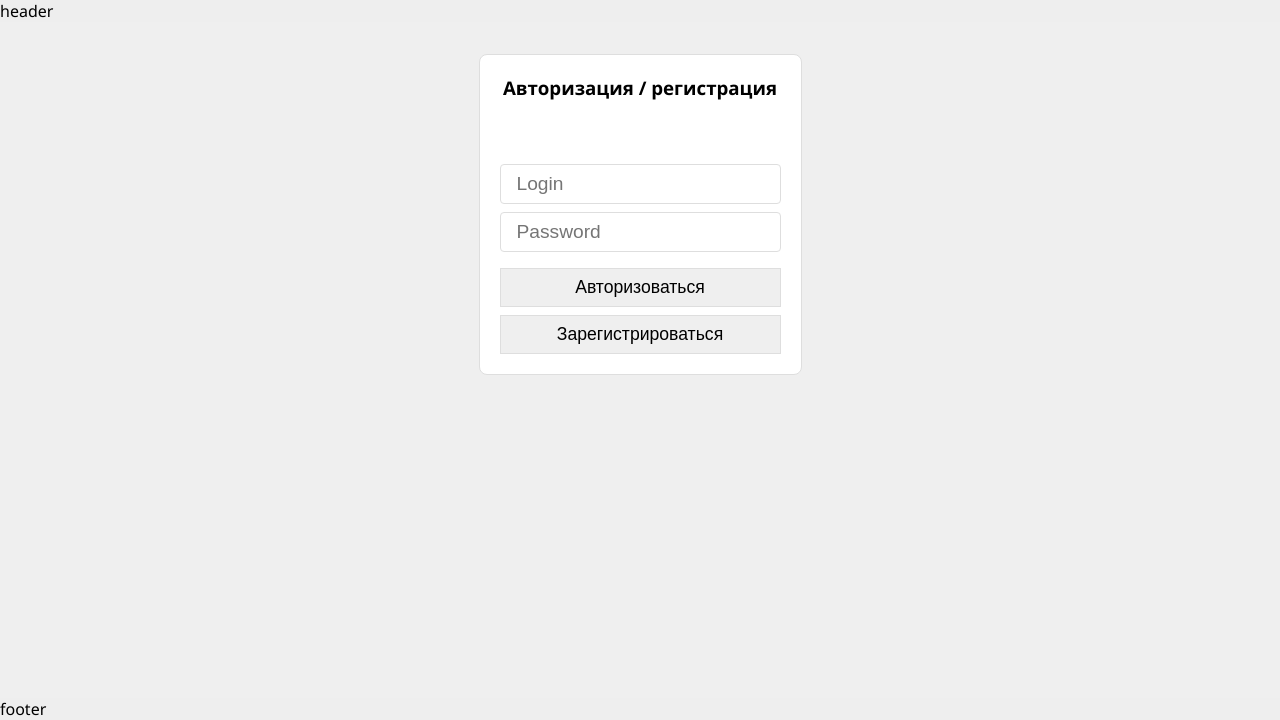
Repository: slep0y/fakeAuth
Page: index.html
The author's editor kept a copy of each file at every save. The page is drawn from the files as they stood at one save, then again after the next save.
The browser window is 1280 px wide. The pictures show the whole page.
The style sheet was rebuilt from its Sass, Less or Tailwind sources for each picture, by a compiler version that may differ from the author's.

Above is the page before, as saved 2025-01-19 18:18:47.

### index.html
<!DOCTYPE html>
<html lang="ru">
<head>
    <meta charset="UTF-8">
    <meta name="viewport" content="width=device-width, initial-scale=1.0">
    <!-- <link rel="stylesheet" href="./styles/special-style.css"> -->
    <link rel="stylesheet" href="/styles/style.css">
    <title>Document</title>
</head>
<body class="page">
    <header class="header">header</header>
    <main class="main">
        <section class="auth-section hidden">
            <div class="container">
                <div class="auth-section__inner">
                    <form action="*" class="form" id="authForm">
                        <h3 class="form__title">Авторизация / регистрация</h3>
                        <p class="form__message"></p>
                        <div class="fieldgroup">
                            <input id="loginName" name="loginName" type="text" class="input" placeholder="Login">
                            <input id="loginPass" name="loginPass" type="password" class="input" placeholder="Password">
                        </div>
                        <div class="controls">
                            <button id="authButton" class="button">Авторизоваться</button>
                            <button id="regButton" class="button">Зарегистрироваться</button>
                        </div>
                    </form>
                </div>
            </div>
        </section>
        <section class="content hidden">
            <div class="container">
                <div class="content__inner">
                    <button id="exitButton" class="button">Выйти из профиля</button>
                    <h1>Приветствую</h1>
                </div>
            </div>
        </section>
    </main>
    <footer class="footer">footer</footer>

    <script src="./js/script.js"></script>
</body>
</html>

### js/script.js
let form = document.querySelector('#authForm'),
    authSection = document.querySelector('.auth-section'),
    content = document.querySelector('.content'),
    authButton = form.querySelector('#authButton'),
    regButton = form.querySelector('#regButton'),
    exitButton = document.querySelector('#exitButton'),
    loginName = form.querySelector('#loginName'),
    loginPass = form.querySelector('#loginPass');

function checkAuthData(){
    if(localStorage.getItem('authorize') && localStorage.getItem('userAuth')){
        let authName = localStorage.getItem('authorize'),
            usersBase = JSON.parse(localStorage.getItem('userAuth'));
        if(usersBase[authName]){
            content.classList.remove('hidden');
            authSection.classList.add('hidden');
            showMessage('Вы авторизованы как: ' + authName);
            cleanFields();
        }else{
            authSection.classList.remove('hidden');
            showMessage('Вы не авторизованы! Авторизуйтесь!');
        }
    }else{
        authSection.classList.remove('hidden');
        showMessage('Вы не авторизованы! Авторизуйтесь!');
    }
    cleanFields();
}

function authorize(e){
    e.preventDefault();
    let name = loginName.value,
        pass = loginPass.value;
    if(localStorage.getItem('userAuth')){
        let usersBase = JSON.parse(localStorage.getItem('userAuth'));
        if(usersBase[name] && pass == usersBase[name]['pass']){
            localStorage.setItem('authorize', name);
            checkAuthData();
        }else{
            showMessage('Неверные: Имя и Пароль');
        }
    }else{
        showMessage('Неверные: Имя и Пароль');
    }
}

function logout(e){
    e.preventDefault();
    localStorage.removeItem('authorize');
    showMessage('Вы вышли из профиля. Автризуйтесь!');
    content.classList.add('hidden');
    authSection.classList.remove('hidden');
}

function register(e){
    e.preventDefault();
    let name = loginName.value,
        pass = loginPass.value;
    if(name != '' && pass != ''){
        if(localStorage.getItem('userAuth')){
            let inBaseUserAuth = JSON.parse(localStorage.getItem('userAuth')),
                newUser = {
                    name: name,
                    pass: pass
                };
            inBaseUserAuth[name] = newUser;
            localStorage.setItem('userAuth', JSON.stringify(inBaseUserAuth));
            showMessage('Вы зарегистрированы! Авторизуйтесь!');
            cleanFields();
        }else{
            let newBaseUserAuth = {
                [name] : {
                    name: name,
                    pass: pass
                }
            };
            localStorage.setItem('userAuth', JSON.stringify(newBaseUserAuth));
            showMessage('Вы зарегистрированы! Авторизуйтесь!');
            cleanFields();
        }
    }
}

function showMessage(text){
    console.log(text);
}
function cleanFields(){
    loginName.value = '';
    loginPass.value = '';
}

checkAuthData();
authButton.onclick = authorize;
regButton.onclick = register;
exitButton.onclick = logout;

### styles/style.scss
@import "_base.scss";
@import "blocks/page/_page.scss";
@import "blocks/container/_container.scss";
@import "blocks/main/_main.scss";
@import "blocks/header/_header.scss";
@import "blocks/footer/_footer.scss";
@import "blocks/auth-section/_auth-section.scss";
@import "blocks/content/_content.scss";
@import "blocks/form/_form.scss";
@import "blocks/fieldgroup/_fieldgroup.scss";
@import "blocks/controls/_controls.scss";
@import "blocks/input/_input.scss";
@import "blocks/button/_button.scss";

### styles/_base.scss
:root{
    --segoe:'Segoe UI', Tahoma, Geneva, Verdana, sans-serif;
    --grey_lite: #dedede;
    --lite: #efefef;
}
body, html {
    margin: 0;
    padding: 0;
    height: 100%;
    font-family: var(--segoe);
}
*, *::after, *::before {
    box-sizing: border-box;
}
section{
    padding-block: 2rem;
}

### styles/blocks/page/_page.scss
.page{
    display: grid;
    grid-auto-rows: min-content auto min-content;
    background-color: var(--lite);
}

### styles/blocks/container/_container.scss
.container {
    width: 100%;
    margin-inline: auto;
    max-width: 1140px;
    padding-inline: 20px;
}

### styles/blocks/main/_main.scss
.main{

}

### styles/blocks/header/_header.scss
.header{
    background-color: #eee;
}

### styles/blocks/footer/_footer.scss
.footer{
    background-color: #eee;
}

### styles/blocks/auth-section/_auth-section.scss
.auth-section{
    display: block;
    &__inner{
        display: grid;
        justify-content: center;
    }
    &.hidden{
        display: none;
    }
}

### styles/blocks/content/_content.scss
.content{
    &.hidden{
        display: none;
    }
}

### styles/blocks/form/_form.scss
.form{
    max-width: 640px;
    width: 100%;
    display: grid;
    gap: 16px;
    border: 1px solid var(--grey_lite);
    padding: 20px;
    border-radius: 8px;
    background-color: #fff;
    grid-auto-rows: min-content;
    &.hidden{
        display: none;
    }
    &__title{
        margin: unset;
        white-space: nowrap;
        text-align: center;
    }
}

### styles/blocks/fieldgroup/_fieldgroup.scss
.fieldgroup{
    display: grid;
    gap: 8px;
}

### styles/blocks/controls/_controls.scss
.controls{
    display: grid;
    gap: 8px;
}

### styles/blocks/input/_input.scss
.input{
    border: 1px solid var(--grey_lite);
    border-radius: 4px;
    padding: 8px 16px;
    background-color: #fff;
    width: 100%;
    font-size: 1.2rem;
}

### styles/blocks/button/_button.scss
.button{
    display: flex;
    justify-content: center;
    align-items: center;
    font-size: 1.1rem;
    width: 100%;
    padding: 8px;
    border: 1px solid var(--grey_lite);
    background-color: var(--lite);
}

After the next save:
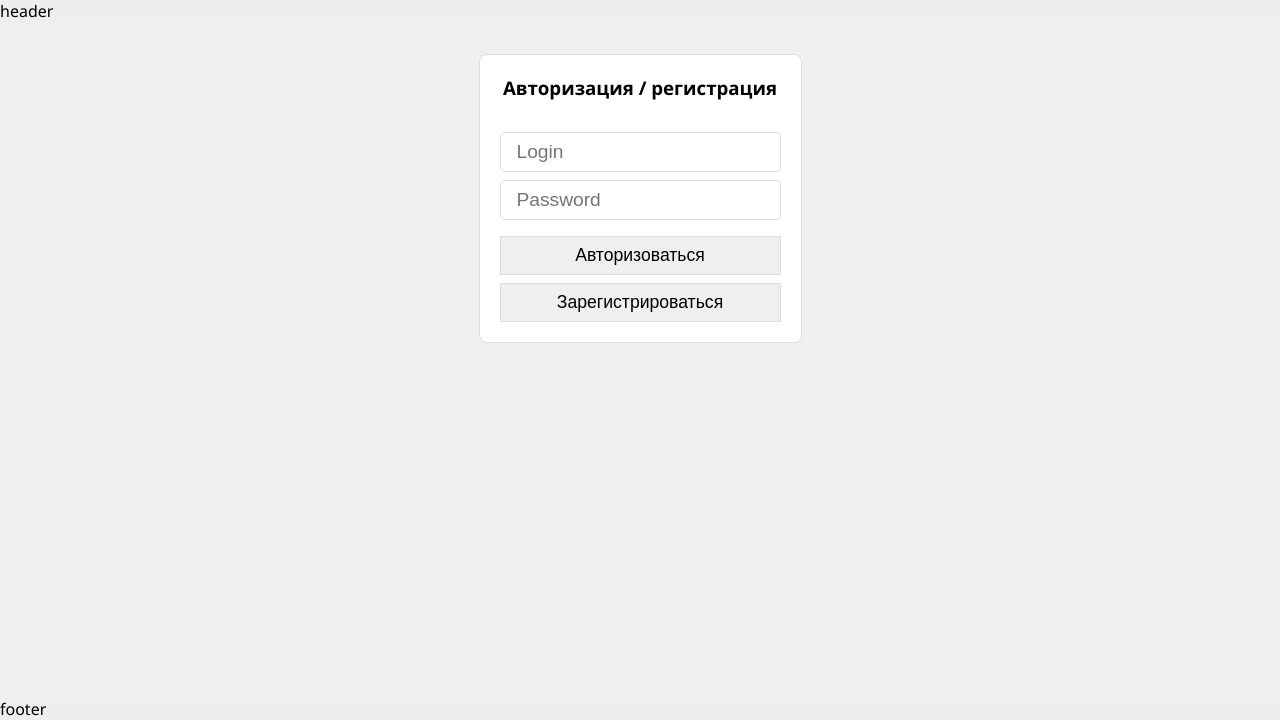
Saved 40 s later.
--- a/styles/blocks/form/_form.scss
+++ b/styles/blocks/form/_form.scss
@@ -16,4 +16,7 @@
         white-space: nowrap;
         text-align: center;
     }
+    &__message{
+        margin: unset;
+    }
 }
